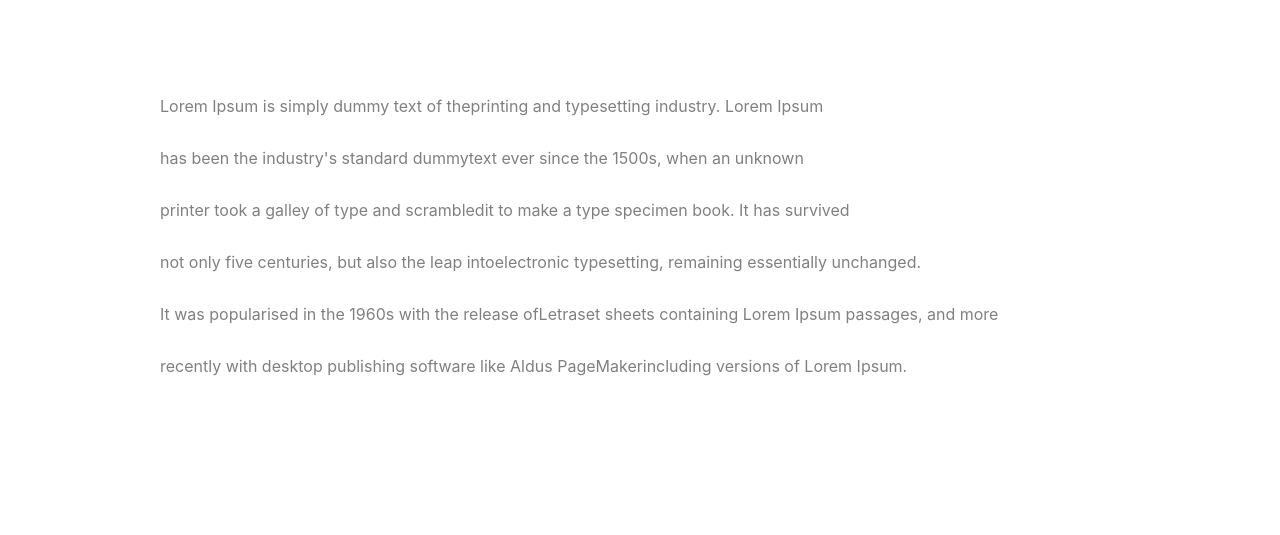
Repository: eg7eg7/Text-Play
Page: /
The author's editor kept a copy of each file at every save. The page is drawn from the files as they stood at one save, then again after a run of saves.
The browser window is 1280 px wide. The pictures show the whole page.
The project was rebuilt for these pictures with package versions that can differ from the ones it lists, and the page was loaded fresh each time.

Above is the page before, as saved 2021-01-11 23:08:23.

After the next 2 saves:
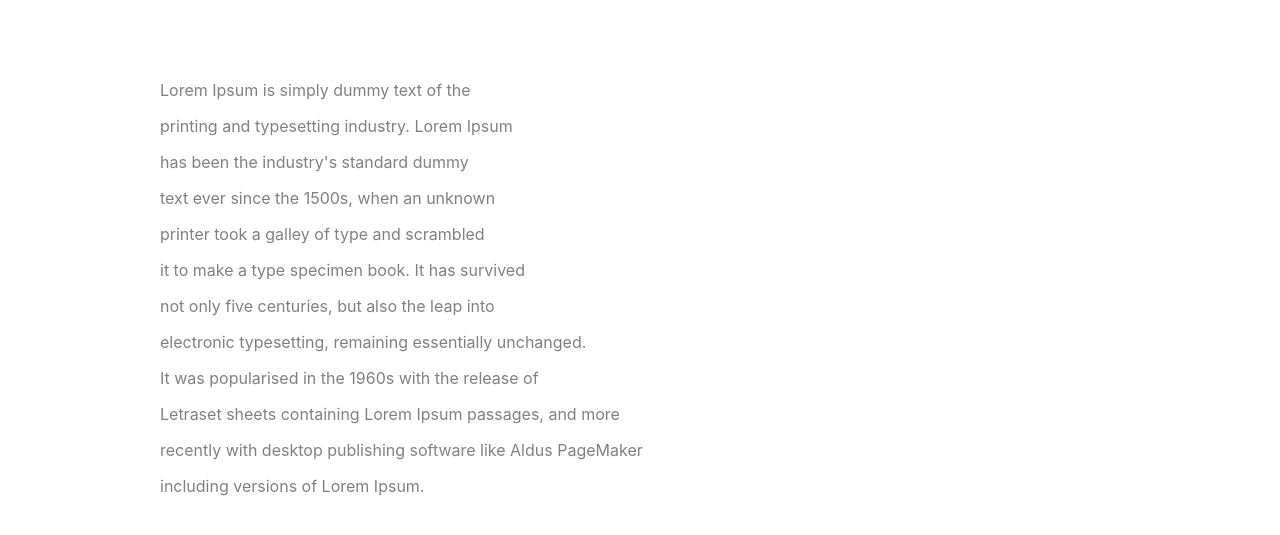
The 2 saves are shown as one change because they came seconds apart.
The last was saved 4 min 30 s later.
--- a/src/TextPlay.css
+++ b/src/TextPlay.css
@@ -10,11 +10,14 @@
 p {
     clear: left;
 }
-.textBlock {
+div.textBlock {
+    float: left;
+}
+/* .textBlock {
     clear: left;
     display:inline-block;
     margin-top: 0em;
-}
+} */
 .TextPlay {
     display: block;
     margin-top: 5em;

After the save that followed:
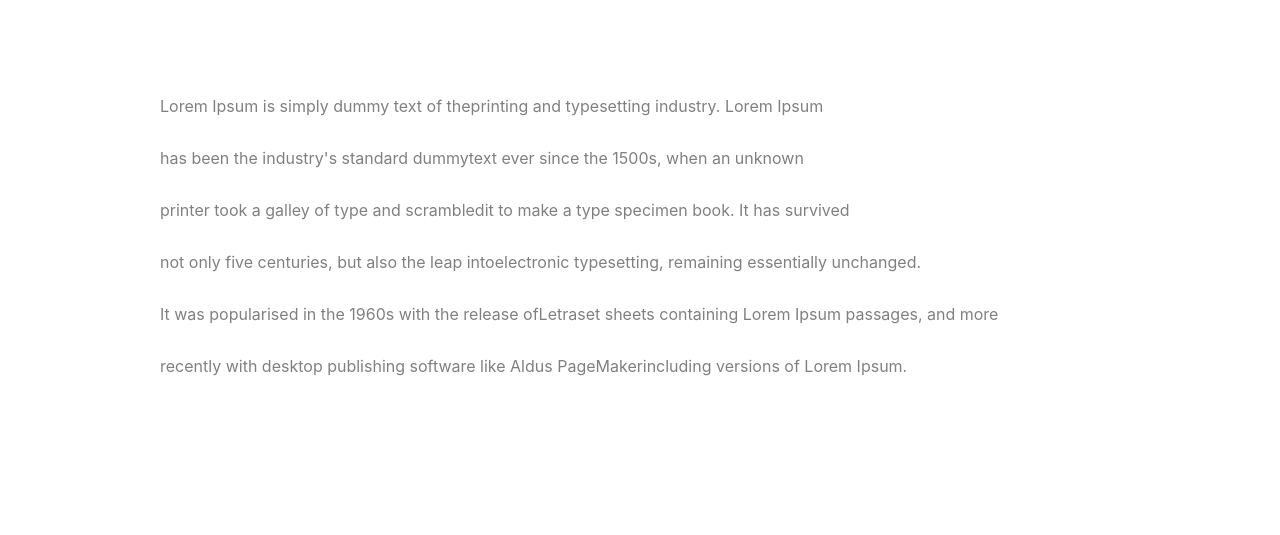
Saved 12 s later.
--- a/src/TextPlay.tsx
+++ b/src/TextPlay.tsx
@@ -40,7 +40,7 @@ export class TextPlay extends Component<{}, TextState> {
         let keys = Array.from(this.state.text.keys());
         for(var string of keys) {
             const value = this.state.text.get(string) || this.state.defaultState;
-            values.push(<span className="textBlock" onMouseEnter={() => this.setState({ textState: value }) }>
+            values.push(<div className="textBlock" onMouseEnter={() => this.setState({ textState: value }) }>
             {
               this.state.textState === value ? (
                 <p className="bold">{string}</p>
@@ -48,7 +48,7 @@ export class TextPlay extends Component<{}, TextState> {
                 <p className="hide">{string}</p>
               )
             }
-          </span>);
+          </div>);
         };
         return values;
     }
